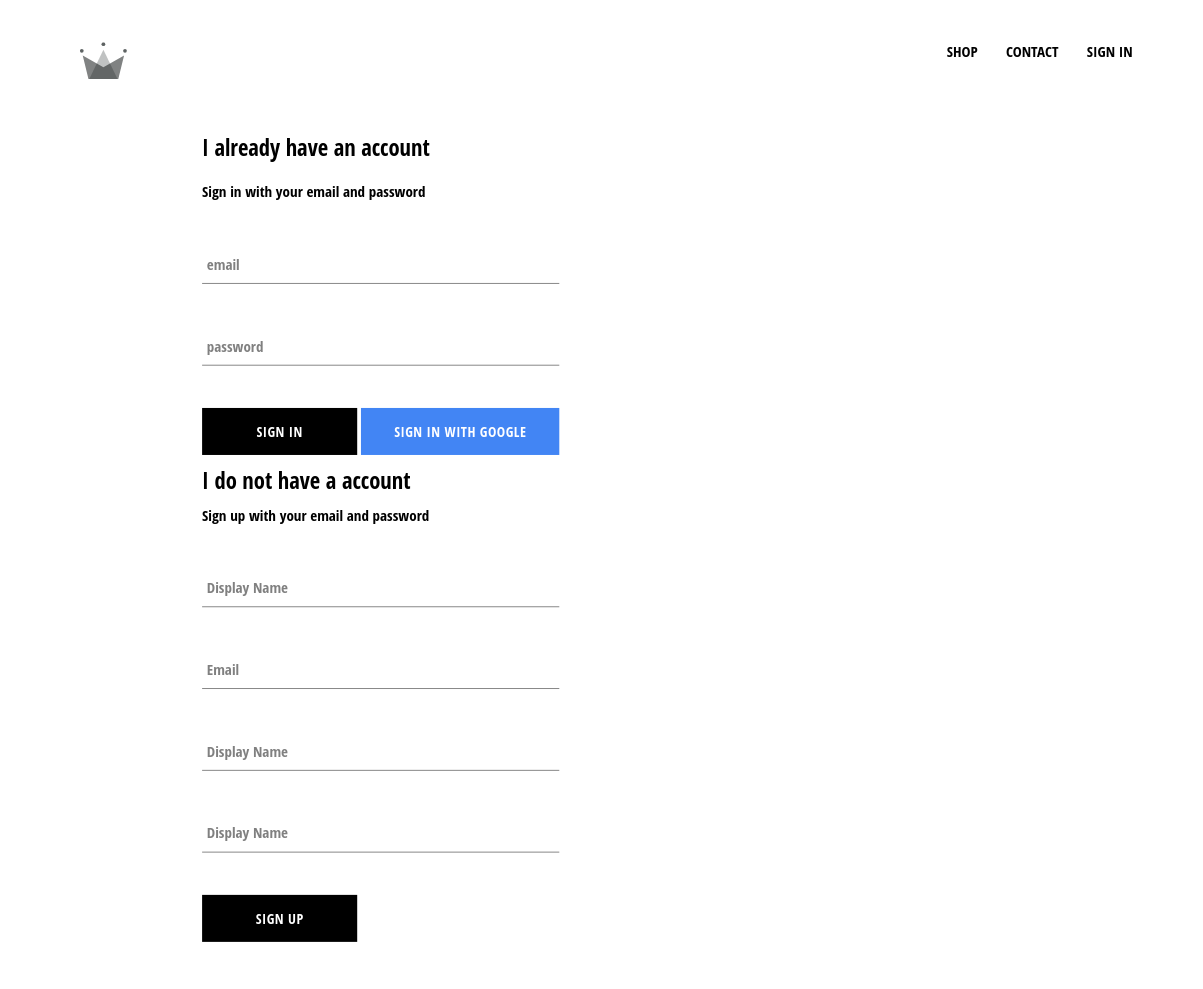
Repository: lamilekan263/crown-clothing
Page: /signin
The author's editor kept a copy of each file at every save. The page is drawn from the files as they stood at one save, then again after a run of saves.
The browser window is 1280 px wide. The pictures show the whole page, at 94% of full size.
The project was rebuilt for these pictures with package versions that can differ from the ones it lists, and the page was loaded fresh each time. Also part of the build but not shown: src/components/menu-item/menu-item.styles.scss, src/components/menu-item/menu-item.component.jsx, src/components/directory/directory.styles.scss, src/components/directory/directory.component.jsx, src/pages/homepage/homepage.styles.scss, src/pages/homepage/homepage.component.jsx, src/pages/shop/shop.data.jsx, src/components/collection-item/collection-item.styles.scss and 4 more.

Above is the page before, as saved 2020-07-30 11:57:42.

### src/index.js
import React from 'react';
import ReactDOM from 'react-dom';
import {BrowserRouter} from 'react-router-dom'
import './index.css';
import App from './App';


ReactDOM.render(
  <React.StrictMode>
    <BrowserRouter>
      <App />
    </BrowserRouter>

  </React.StrictMode>,
  document.getElementById('root')
);

### src/App.js
import React from 'react';
import {Switch, Route} from 'react-router-dom'
import HomePage from './pages/homepage/homepage.component'
import Header from './components/header/header.component'
import SignInAndSignUpPage from './pages/signin-and-signup/signin-and-signup.component'
import ShopPage from './pages/shop/shop.component'
import {auth, createUserProfileDocument} from './firebase/firebase.util'
import './App.css';

class App extends React.Component {
  constructor(){
    super();

    this.state ={
      currentUser : null
    }
  }

  unsubscribeFromAuth = null
  componentDidMount  () {
    this.unsubscribeFromAuth = auth.onAuthStateChanged(user =>{
      createUserProfileDocument(user)
    })

  }
  componentWillUnmount(){
    this.unsubscribeFromAuth();
  }
render(){
  return (
    <div >
      <Header currentUser ={this.state.currenUser}/>
     <Switch>
        <Route exact path='/' component ={HomePage}  />
        <Route  path='/shop' component ={ShopPage}  />
        <Route path='/signin' component ={SignInAndSignUpPage} />
      </Switch>
    </div>
  );
}
}

export default App;

### src/components/header/header.component.jsx
import React from 'react'
import {Link} from 'react-router-dom'
import {auth} from '../../firebase/firebase.util'
import {ReactComponent as Logo} from '../../asset/crown.svg'

import './header.styles.scss'


const Header =({currentUser}) =>{
    return(
        <div className = 'header'>
            <Link className="logo-container" to='/'>
                <Logo className="logo"/>
            </Link>
            <div className='options'>
                <Link className='option' to='/shop'>
                    SHOP
                </Link>
                <Link className='option' to='/contact'>
                    CONTACT
                </Link>
                {
                    currentUser ?
                    <div className='option' onClick= {()=> auth.signOut()}>SIGN OUT</div>
                    :
                    <Link className='option' to='/signin'>
                        SIGN IN

                    </Link>
                }
            </div>
        </div>
    )
}

export default Header

### src/pages/signin-and-signup/signin-and-signup.component.jsx
import React from 'react'

import SignIn from '../../components/sign-in/sign-in.component'
import SignUp from '../../components/sign-up/sign-up.component'

import './signin-and-signup.styles.scss'


const SignInAndSignUpPage = () =>(

         <div className='sign-in-and-sign-up'>
            <SignIn/>
            <SignUp />
        </div>

)

export default SignInAndSignUpPage;

### src/firebase/firebase.util.js
import firebase from 'firebase/app'

import 'firebase/firestore'
import 'firebase/auth'

const config = {
    apiKey: "AIzaSyCiZw9ESw02t1xyzJZLgi8x8IKW-ExmbWw",
    authDomain: "crown-db-93cb3.firebaseapp.com",
    databaseURL: "https://crown-db-93cb3.firebaseio.com",
    projectId: "crown-db-93cb3",
    storageBucket: "crown-db-93cb3.appspot.com",
    messagingSenderId: "188866263734",
    appId: "1:188866263734:web:02ec0f025212b6d45f0417",
    measurementId: "G-SHGNNB8T8D"
}

export const createUserProfileDocument = async(userAuth, additionalData)=>{

        if(!userAuth) return;

        const userRef = firestore.doc(`users/${userAuth.uid}`);
        const snapShot = await userRef.get()
        console.log(snapShot)

        if(!snapShot.exists){
            const {displayName, email} = userAuth;
            const {createdAt} = new Date();

            try{
                await userRef.set({
                    displayName,
                    email,
                    createdAt,
                    ...additionalData
                })
            }catch(error){
                console.log("error creating message", error.message)
            }
        }
        return userRef;
};

firebase.initializeApp(config)

export const auth = firebase.auth();
export const firestore = firebase.firestore()


const provider = new firebase.auth.GoogleAuthProvider();

provider.setCustomParameters({ prompt : 'select_account'});


export const signInWithGoogle = () => auth.signInWithPopup(provider);

export default firebase;

### src/components/header/header.styles.scss
.header {
    height: 70px;
    width: 100%;
    display: flex;
    justify-content: space-between;
    margin-bottom: 25px;

    .logo-container {
      height: 100%;
      width: 70px;
      padding: 25px;
    }

    .options {
      width: 50%;
      height: 100%;
      display: flex;
      align-items: center;

      justify-content: flex-end;


      .option {
        padding: 10px 15px;
        cursor:pointer;
      }
    }
  }

### src/components/sign-in/sign-in.component.jsx
import React, {Component} from 'react';
import FormInput from '../form-input/form-input.component'
import CustomButton from '../custom-button/custom-button.component'

import {signInWithGoogle} from '../../firebase/firebase.util'

import './sign-in.style.scss'

class SignIn extends Component{
    constructor(props){
        super(props);
        this.state ={
            email : '',
            password : ''
        }
    }

    handleSubmit = e =>{
        e.preventDefault();
        this.setState({
            email : '',
            password : ''
        })
    }
    handleChange = e =>{
        const {name, value } = e.target;

        this.setState({[name] : value })
    }

    render(){
        return(
            <div className= 'sign-in'>
                <h2>I already have an account</h2>
                <span>Sign in with your email and password</span>
                <form onSubmit={this.handleSubmit}>
                    <FormInput name='email' type='email' handleChange={this.handleChange} label = "email" value={this.state.email}  required/>

                    <FormInput name='password' type='number' handleChange={this.handleChange} label = "password" value={this.state.password} required/>
                     <div className="buttons">
                        <CustomButton type='submit' > Sign In</CustomButton>
                        <CustomButton onClick={signInWithGoogle} isGoogleSignIn >
                            {' '}
                            Sign In with Google
                            {" "}
                        </CustomButton>
                    </div>
                </form>

            </div>
        )
    }

}


export default SignIn

### src/components/sign-up/sign-up.component.jsx
import React, {Component} from 'react';

import FormInput from '../../components/form-input/form-input.component';

import CustomButton from '../custom-button/custom-button.component'

import {auth, createUserProfileDocument} from '../../firebase/firebase.util';
import './sign-up.styles.scss'


class SignUp extends Component{
    constructor(){
        super();

        this.state ={
            displayName : '',
            email : '',
            password : '',
            confirmPassword : ''
        }
    }
    handleSubmit = async event =>{
        event.preventDefault()
        const {displayName, email, password, confirmPassword} = this.state;

        if(password !== confirmPassword){
            alert("password dont't match");
            return;
        }

        try{
            const {user } = await auth.createUserWithEmailAndPassword(email, password);

            await createUserProfileDocument(user, {displayName});
            this.setState({
                displayName : '',
                email : '',
                password : '',
                confirmPassword : ''
            })
        }catch(error){
            console.error(error)
        }
    }
    handleChange = event =>{
        const {name, value} = event.target;
        this.setState({[name] : value})
    }
    render(){
        const {displayName, email, password, confirmPassword} = this.state;
        return(
            <div className="sign-up">
                <h2 className='title'>I do not have a account</h2>
                <span>Sign up with your email and password</span>
                <form className="sign-up-form" onSubmit = {this.handleSubmit}>
                    <FormInput
                        type = 'text'
                        name = 'display name'
                        value = {displayName}
                        onChange = {this.handleChange}
                        label= 'Display Name'
                        required
                    >

                    </FormInput>
                    <FormInput
                        type = 'email'
                        name = 'email'
                        value = {email}
                        onChange = {this.handleChange}
                        label= 'Email'
                        required
                    >

                    </FormInput>
                    <FormInput
                        type = 'password'
                        name = 'password'
                        value = {password}
                        onChange = {this.handleChange}
                        label= 'Display Name'
                        required
                    >

                    </FormInput>
                    <FormInput
                        type = 'password'
                        name = 'password'
                        value = {confirmPassword}
                        onChange = {this.handleChange}
                        label= 'Display Name'
                        required
                    >

                    </FormInput>
                    <CustomButton type='submit'>Sign up</CustomButton>
                </form>
            </div>
        )
    }
}

export default SignUp

### src/pages/signin-and-signup/signin-and-signup.styles.scss
.sign-in-and-sign-up{
    width:850px;
    display: space-between;
    margin: 30px auto;

}

### src/components/form-input/form-input.component.jsx
import React from 'react'

import './form-input.style.scss'


const FormInput = ({handleChange, label, ...otherProps}) =>{
    return(
        <div className="group">
            <input className='form-group form-input' onChange= {handleChange}/>
            {
                label ?
                (<label className={`${otherProps.value.length ? 'shrinkLabel' : ''} form-input-label`}>
                    {label}
                </label>)
                :  null
            }
        </div>
    )
}


export default FormInput

### src/components/custom-button/custom-button.component.jsx
import React from 'react'

import './custom-button.styles.scss'


const CustomButton = ({children , isGoogleSignIn, ...otherProps}) =>{
    return(
        <button className={`${isGoogleSignIn ? 'google-sign-in' : '' } custom-button `}
        {...otherProps}>
            {children}
        </button>
    )
}

export default CustomButton

### src/components/sign-in/sign-in.style.scss
.sign-in{
    width:380px;
    display:flex;
    flex-direction:column;

    .title{
        margin:10px 0;
    }
    .buttons{
        display:flex;
        justify-content:space-between;
    }
}

### src/components/sign-up/sign-up.styles.scss
.sign-up{
    display:flex;
    flex-direction:column;
    width:380px;


    .title{
        margin:10px 0;
    }
}

### src/components/form-input/form-input.style.scss
$sub-color: grey;
$main-color: black;

@mixin shrinkLabel {
  top: -14px;
  font-size: 12px;
  color: $main-color;
}

.group {
  position: relative;
  margin: 45px 0;


  .form-input {
    background: none;
    background-color: white;
    color: $sub-color;
    font-size: 18px;
    padding: 10px 10px 10px 5px;
    display: block;
    width: 100%;
    border: none;
    border-radius: 0;
    border-bottom: 1px solid $sub-color;
    margin: 25px 0;

    &:focus {
      outline: none;
    }

    &:focus ~ .form-input-label {
      @include shrinkLabel();
    }
  }

  input[type='password'] {
    letter-spacing: 0.3em;
  }

  .form-input-label {
    color: $sub-color;
    font-size: 16px;
    font-weight: normal;
    position: absolute;
    pointer-events: none;
    left: 5px;
    top: 10px;
    transition: 300ms ease all;

    &.shrink {
      @include shrinkLabel();
    }
  }
}

### src/components/custom-button/custom-button.styles.scss
.custom-button {
    min-width: 165px;
    width: auto;
    height: 50px;
    letter-spacing: 0.5px;
    line-height: 50px;
    padding: 0 35px 0 35px;
    font-size: 15px;
    background-color: black;
    color: white;
    text-transform: uppercase;
    font-family: 'Open Sans Condensed';
    font-weight: bolder;
    border: none;
    cursor: pointer;

    &:hover {
      background-color: white;
      color: black;
      border: 1px solid black;
    }
    &.google-sign-in{
      background-color:#4285f4;
      color:white;

      &:hover{
        background-color: #357ae8;
        border:none;
      }
    }
  }

Loaded but not shown: public/index.html (common file); src/index.css (common file); src/App.css (common file)

After the next 4 saves:
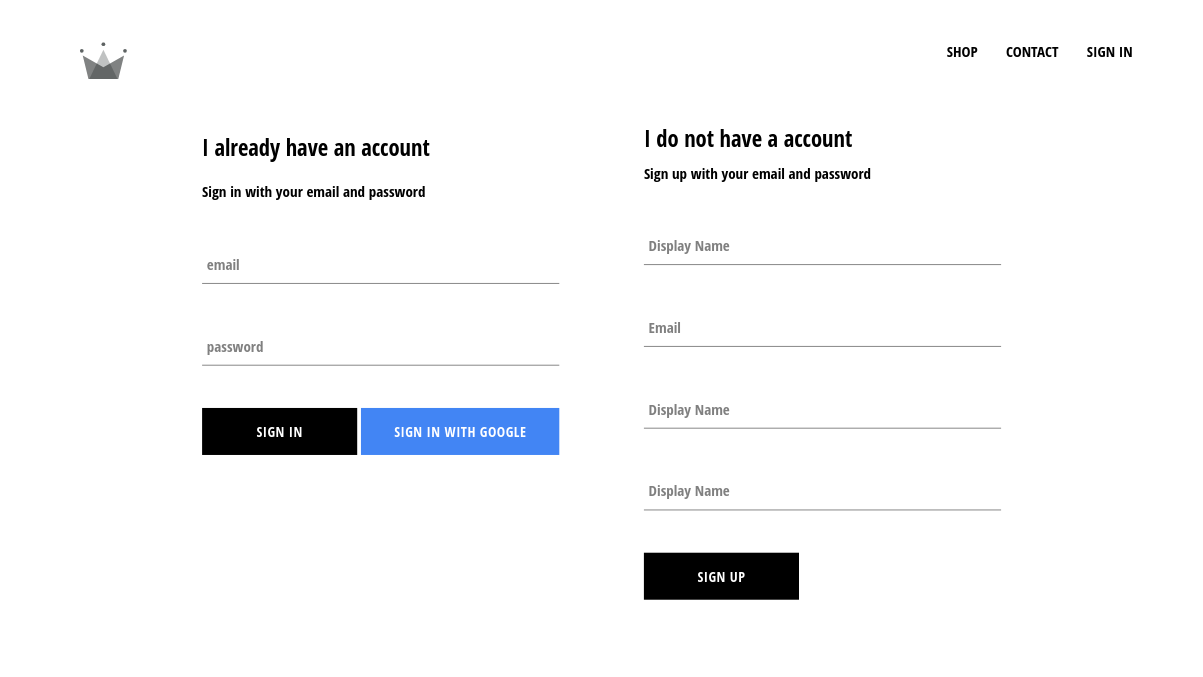
The 4 saves are shown as one change because 1 did not build or start and some came seconds apart.
The last was saved 3 min 37 s later.
--- a/src/pages/signin-and-signup/signin-and-signup.styles.scss
+++ b/src/pages/signin-and-signup/signin-and-signup.styles.scss
@@ -1,6 +1,7 @@
 .sign-in-and-sign-up{
     width:850px;
-    display: space-between;
+    display:flex;
+    justify-content:space-between;
     margin: 30px auto;
 
 }
